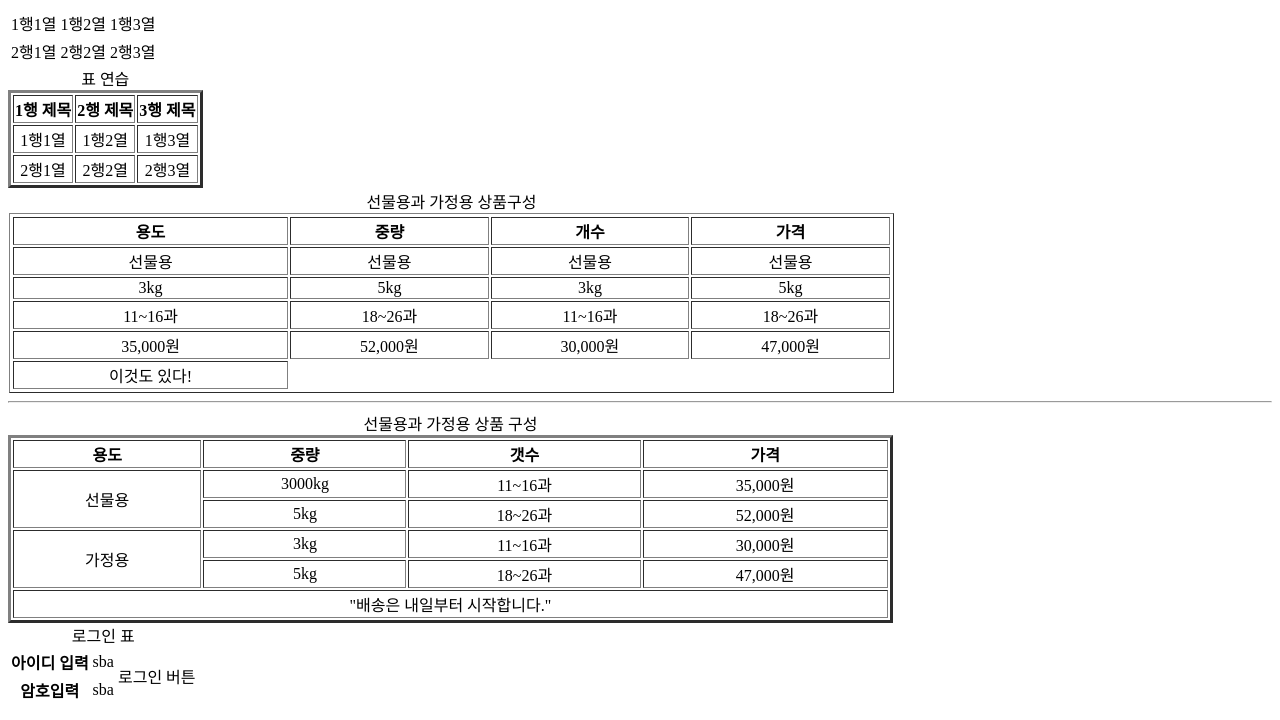
Repository: Kray273/JSLab
Page: html/src/main/webapp/Day96/table.html
These files come from the project's save history. The page is drawn as it stood at one moment and after the next save; the edit follows.
The browser window is 1280 px wide. The pictures show the whole page.

Above is the page before, as saved 2022-11-24 02:30:49.

After the next save:
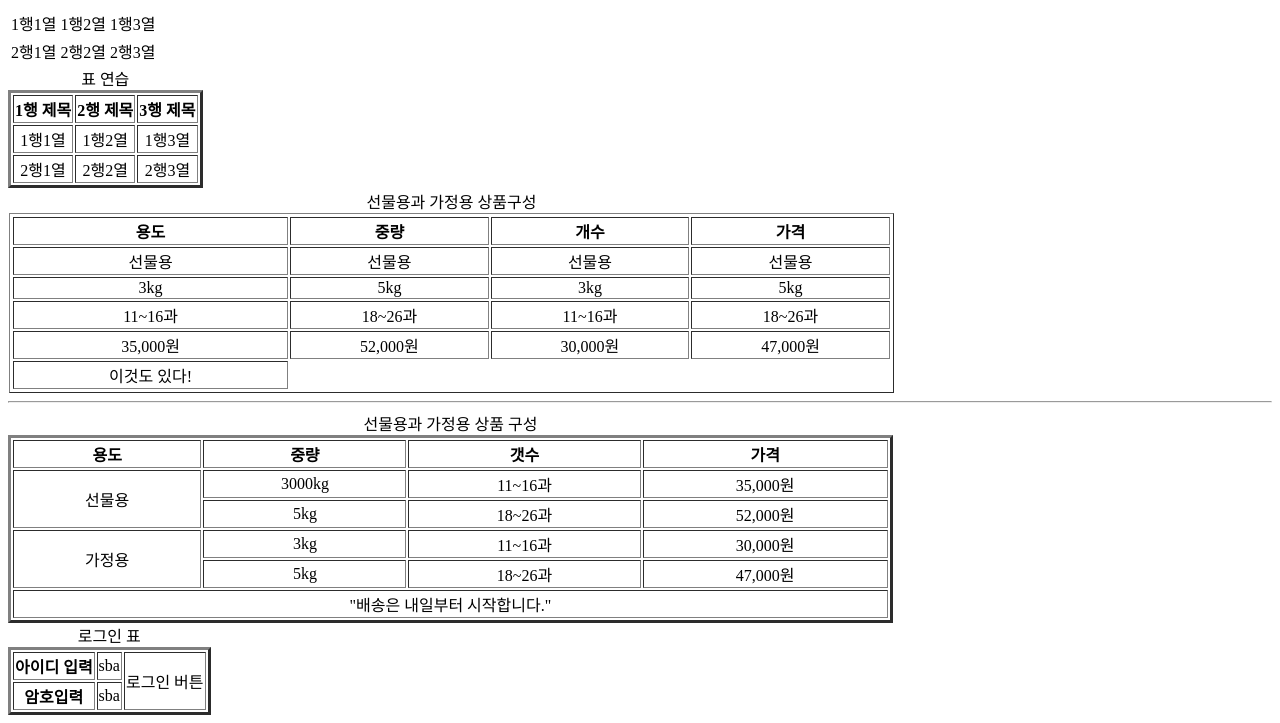
Saved 15 s later.
--- a/html/src/main/webapp/Day96/table.html
+++ b/html/src/main/webapp/Day96/table.html
@@ -113,7 +113,7 @@
   </table>
 
  <!-- 실습 -->
- <table>
+ <table border="3">
  	<caption> 로그인 표</caption>
 		<tr>
 			<th>아이디 입력</th>
